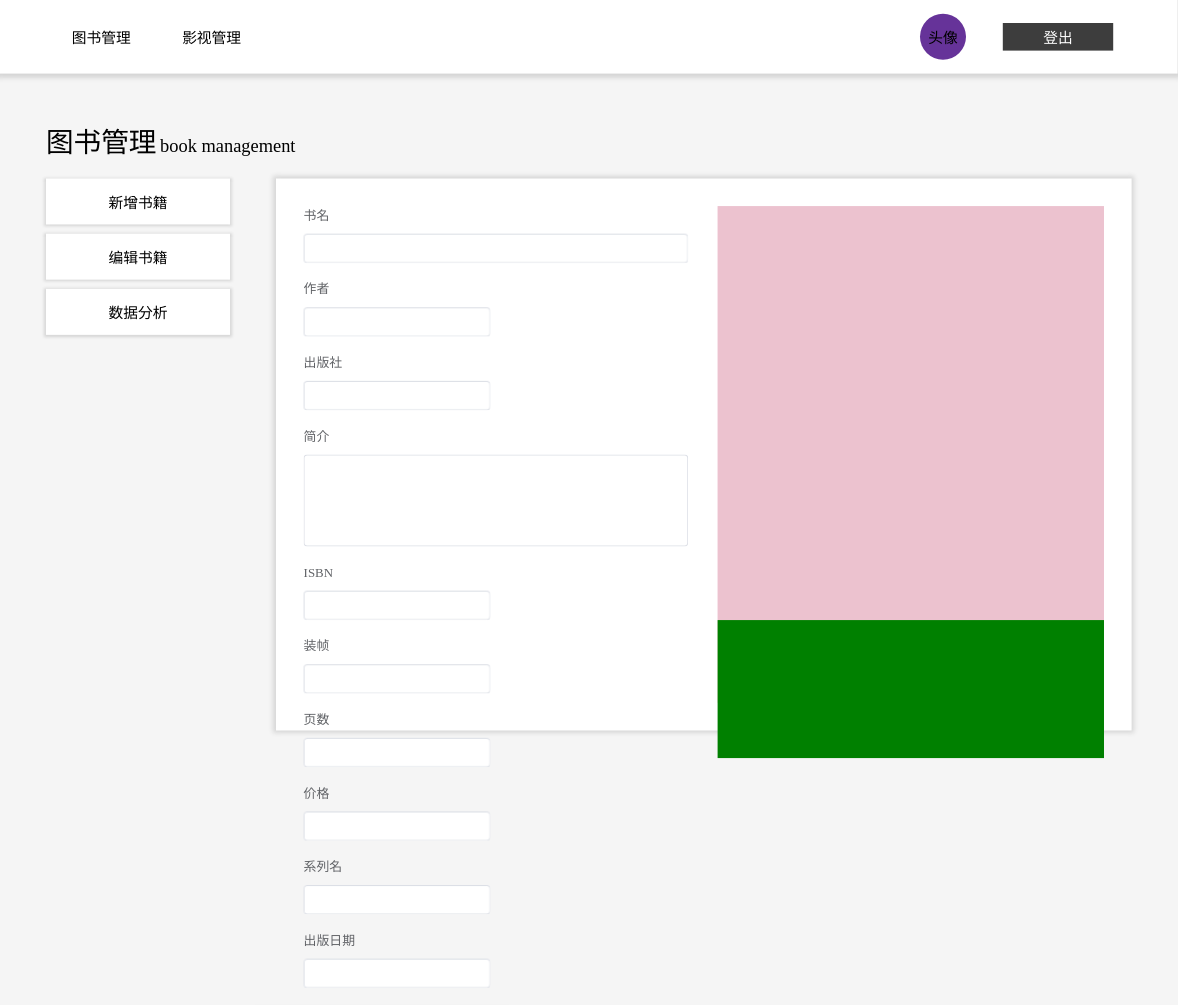
Repository: quanwangniuniu/Oasis-Reading-Platform
Page: /#/admin/books (app in Vue-frontend/)
The author's editor kept a copy of each file at every save. The page is drawn from the files as they stood at one save, then again after the next save.
The browser window is 1280 px wide. The pictures show the whole page, at 92% of full size.
Some web fonts or font styles are not loaded; a fallback is used. The project was rebuilt for these pictures with package versions that can differ from the ones it lists, and the page was loaded fresh each time. Also part of the build but not shown: Vue-frontend/vite.config.js, Vue-frontend/src/components/Test.vue, Vue-frontend/src/components/user/books/BookCard.vue, Vue-frontend/src/components/axios/config.js, Vue-frontend/src/components/axios/api.js, Vue-frontend/src/components/user/books/Books.vue, Vue-frontend/src/components/user/movies/Favourites.vue, Vue-frontend/src/components/user/explore/Explore.vue and 10 more.

Above is the page before, as saved 2023-04-13 16:52:07.

### Vue-frontend/index.html
<!DOCTYPE html>
<html lang="en">
  <head>
    <meta charset="UTF-8">
    <meta name="viewport" content="width=device-width, initial-scale=1.0">
    <title>Vite App</title>
    <style>
      *{
        padding: 0px;
        margin: 0px;
      }

      body{
        background-color: rgb(245, 245, 245);
      }
    </style>
  </head>
  <body>
    <div id="app"></div>
    <script type="module" src="/src/main.js"></script>
  </body>
</html>

### Vue-frontend/src/main.js
import { createApp } from 'vue'
import ElementPlus from 'element-plus'
import 'element-plus/dist/index.css'
import App from './App.vue'
import router from './components/router/router'
import * as ElementPlusIconsVue from '@element-plus/icons-vue'
import './assets/font/font.css'
import './assets/css/element.css'

const app = createApp(App)
app.use(router)
app.use(ElementPlus)
app.mount('#app')
for (const [key, component] of Object.entries(ElementPlusIconsVue)) {
    app.component(key, component)
  }

### Vue-frontend/src/App.vue
<script setup>
import Test from './components/Test.vue';
</script>

<template>
  <div>
    <router-view></router-view>
  </div>
</template>

<style scoped>
</style>

### Vue-frontend/src/components/router/router.js
import {createRouter, createWebHashHistory} from 'vue-router'
import Books from '../user/books/Books.vue'
import Movies from '../user/movies/Favourites.vue'
import Explore from '../user/explore/Explore.vue'
import Login from '../user/login/Login.vue'
import SpecificBook from '../user/books/SpecificBook.vue'
import User from '../User.vue'
import Admin from '../Admin.vue'
import UserInfo from '../user/info/UserInfo.vue'
import BookSearch from '../user/books/BookSearch.vue'
import Transit from '../user/books/Transit.vue'
import BookManagement from '../admin/bookManagement/BookManagement.vue'
import MovieManagement from '../admin/movieManagement/MovieManagement.vue'

import {checkUser} from './utils.js'

const router = createRouter({
    history: createWebHashHistory(),
    routes:[
        {path:'/user', component: User, alias:['/'], children:[
            {path:'books', component: Books},
            {path:'search',name:'search', component: BookSearch},
            {path:'transit',name:'transit', component: Transit},
            {path:'books/:id', component: SpecificBook,beforeEnter: checkUser},
            {path:'movies', component: Movies},
            {path:'explore', component: Explore},
            {path:'login', component: Login},
            {path:'info', component: UserInfo, beforeEnter: checkUser},
        ]},
        {path:'/admin', component: Admin,children:[
            {path:'books', component: BookManagement},
            {path:'movies', component: MovieManagement}
        ]}
    ]
})

export default router

### Vue-frontend/src/assets/font/font.css

  @font-face {
    font-family: siyuansongti;
    src: url(./Source_Han_Serif_SC_Light_Light.otf);
    font-weight: normal;
    font-style: normal;
  }

### Vue-frontend/src/assets/css/element.css
.el-textarea__inner{
    resize: none;
    height: 100px;
}

### Vue-frontend/src/components/Admin.vue
<script setup>
import BookManagementVue from './admin/bookManagement/BookManagement.vue';
import AdminHeader from './admin/header/AdminHeader.vue';
</script>

<template>
    <AdminHeader></AdminHeader>
    <router-view></router-view>
</template>

<style scoped>
</style>

### Vue-frontend/src/components/admin/bookManagement/BookManagement.vue
<script setup>
import LeftBar from './LeftBar.vue';
import {ref} from 'vue'


const bookItem = ref({
  title: '',
  author: '',
  publisher: '',
  ISBN: '',
  description: '',
  publish_year: '',
  page:'',
  binding: '',
  price:'',
  seriers:' '
})


</script>

<template>
  <div class="top-container">
    <div class="title">
      <span>图书管理</span>&nbsp;<span>book management</span>
    </div>
  </div>
  <div class="container">
      <LeftBar></LeftBar>
      <div class="panel">
        <div class="book-form">
          <el-form
            label-position="top"
            label-width="100px"
            :model="formLabelAlign"
            style="max-width: 460px"
            :inline="true"
          >
            <el-form-item label="书名" style="width:420px">
              <el-input v-model="bookItem.title" />
            </el-form-item>
            <el-form-item label="作者">
              <el-input v-model="bookItem.author" />
            </el-form-item>
            <el-form-item label="出版社">
              <el-input v-model="bookItem.publisher" />
            </el-form-item>
            <el-form-item label="简介" style="width:420px">
                <el-input v-model="bookItem.description" type="textarea"/>
            </el-form-item>
            <el-form-item label="ISBN">
              <el-input v-model="bookItem.ISBN" />
            </el-form-item>
            <el-form-item label="装帧">
              <el-input v-model="bookItem.binding" />
            </el-form-item>
            <el-form-item label="页数">
              <el-input v-model="bookItem.page" />
            </el-form-item>
            <el-form-item label="价格">
              <el-input v-model="bookItem.price" />
            </el-form-item>
            <el-form-item label="系列名">
              <el-input v-model="bookItem.price" />
            </el-form-item>
            <el-form-item label="出版日期">
              <el-input v-model="bookItem.price" />
            </el-form-item>
          </el-form>
        </div>

        <div class="img-upload-and-submit">
          <div class="img-container">
            <div class="img">

            </div>
          </div>
          <div class="submit">

          </div>
        </div>
      </div>
  </div>

</template>

<style scoped>
.top-container{
  margin: 50px 50px 0px 50px;
  display: flex;
  justify-content: space-between;
}

.title{
  width: 400px;
  font-family: siyuansongti;
}
.container{
  display: flex;
  margin: 20px 50px 0px 50px
}

.title span:nth-child(1){
  font-size: 30px;
}
.title span:nth-child(2){
  font-size: 20px;
}

.panel{
  box-sizing: border-box;
  flex: 1;
  height: 600px;
  background-color: white;
  box-shadow: 0 0 5px 3px rgb(214, 214, 214);
  padding: 30px;
  display: flex;
}

.book-form{
  width: 450px;
}

.img-upload-and-submit{
  flex: 1;
  background-color: rgb(249, 203, 203);
}

.img-container{
  width: 100%;
  height: 450px;
  background-color: rgb(120, 120, 241, 0.1);
}

.book-img{
  height: 400px;
  width: 250px;
  background-color: green;
}

.submit{
  height: 150px;
  width: 100%;
  background-color: green;
}
</style>

### Vue-frontend/src/components/router/utils.js
export const checkUser = (from, to, next) => {
    if(localStorage.getItem('token') === null){
        next('/login')
    }else{
        next()
    }
}

### Vue-frontend/src/components/admin/header/AdminHeader.vue
<script setup>

let logout = () =>{
    localStorage.clear('token')
    localStorage.clear('type')
}

</script>

<template>
    <div>
        <div class="container">
            <div class="left">
                <div class="nav"><router-link to="/admin/books">图书管理</router-link></div>
                <div class="nav"><router-link to="/admin/movies">影视管理</router-link></div>
            </div>

            <div class="right">
                <div class="nav avata"><router-link to="/info">头像</router-link></div>
                <div class="nav login"><router-link to="/explore" @click="logout">登出</router-link></div>
            </div>

        </div>
    </div>

</template>

<style scoped>
.container{
    height: 80px;
    background-color: white;
    /* 边框模糊效果 */
    box-shadow: 0 0 5px 5px rgb(214, 214, 214);
    /* 开启flex布局 */
    display: flex;
    /* 设置元素靠右排列 */
    justify-content: space-between;
    /* 设置元素垂直居中 */
    align-items: center;
}

.left{
    display: flex;
    /* 设置元素垂直居中 */
    align-items: center;
    padding-left: 50px;
}

.right{
    display: flex;
    /* 设置元素垂直居中 */
    align-items: center;
    padding-right: 50px;
}

.nav{
    width: 80px;
    height: 30px;
    margin-left: 20px;
    margin-right: 20px;
    /* 设置nav内部a标签水平居中 */
    text-align: center;
    /* 开启flex局部 */
    display: flex;
    /* 设置nav内部a标签垂直居中 */
    align-items: center;
}

.nav a{
    width: 80px;
    /* 清除a标签默认样式 */
    text-decoration: none;
    color: black;

}

.login{
    width: 120px;
    background-color: rgb(61, 61, 61);
}

.login a{
    width: 1200px;
    color: white;
}

.avata{
    width: 50px;
    height: 50px;
    border-radius: 50%;
    background-color: rebeccapurple;
}


</style>

### Vue-frontend/src/components/admin/bookManagement/LeftBar.vue
<script setup>

</script>

<template>
    <div class="leftbar-container">
        <div class="card">
            新增书籍
        </div>
        <div class="card">
            编辑书籍
        </div>
        <div class="card">
            数据分析
        </div>
    </div>

</template>

<style scoped>
.leftbar-container{
    width: 250px;
    height: 600px;
}

.card{
    width: 200px;
    height: 50px;
    background: white;
    /* 设置卡片阴影 */
    box-shadow: 0px 1px 3px 2px rgb(214, 214, 214);
    /* 开启flex布局 文字水平垂直居中 */
    display: flex;
    justify-content: center;
    align-items:center;
    margin-bottom: 10px;
}

.card:hover{
    transform:scale(1.1);
}
</style>

After the next save:
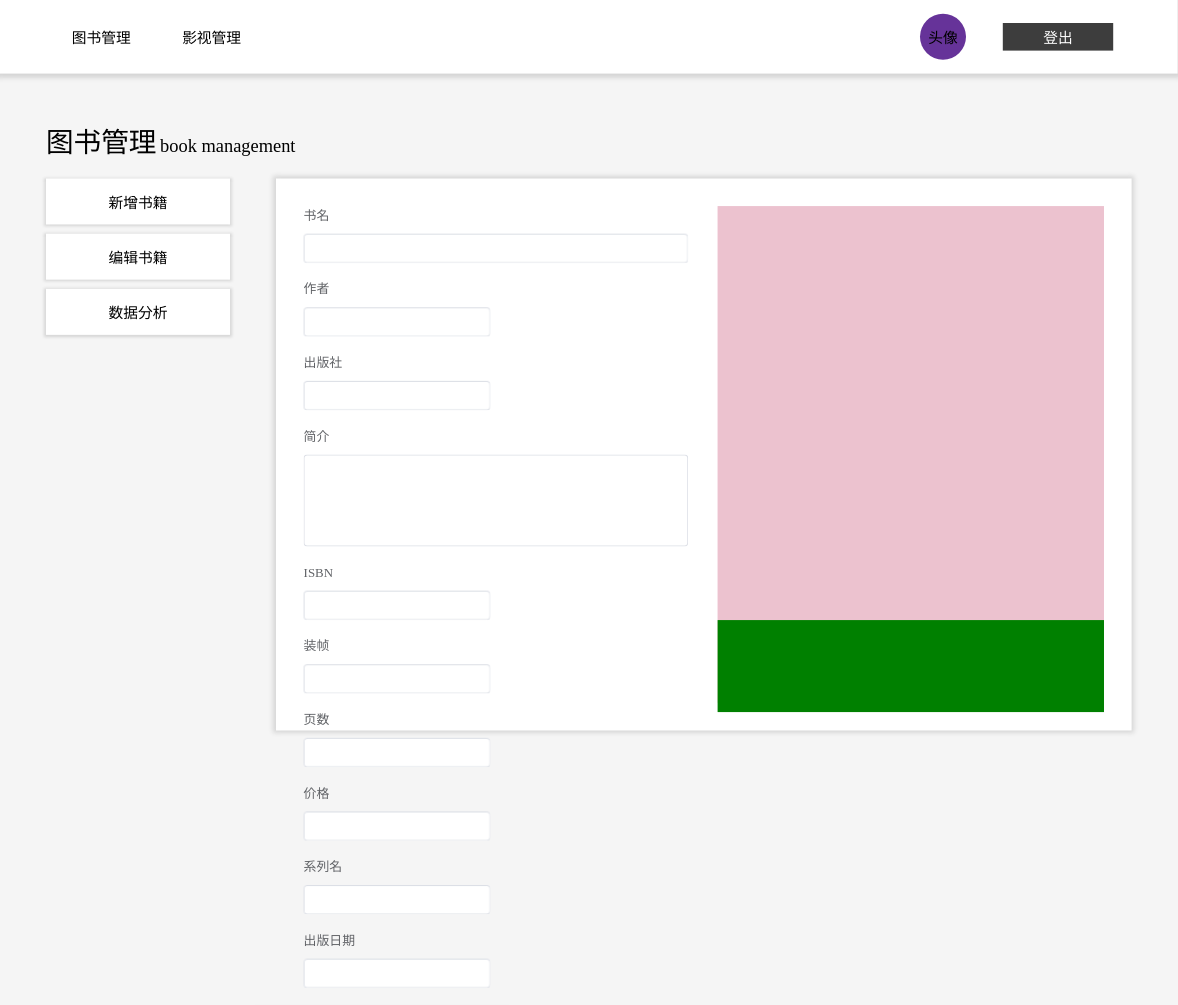
Saved 10 s later.
--- a/Vue-frontend/src/components/admin/bookManagement/BookManagement.vue
+++ b/Vue-frontend/src/components/admin/bookManagement/BookManagement.vue
@@ -139,7 +139,7 @@ const bookItem = ref({
 }
 
 .submit{
-  height: 150px;
+  height: 100px;
   width: 100%;
   background-color: green;
 }
